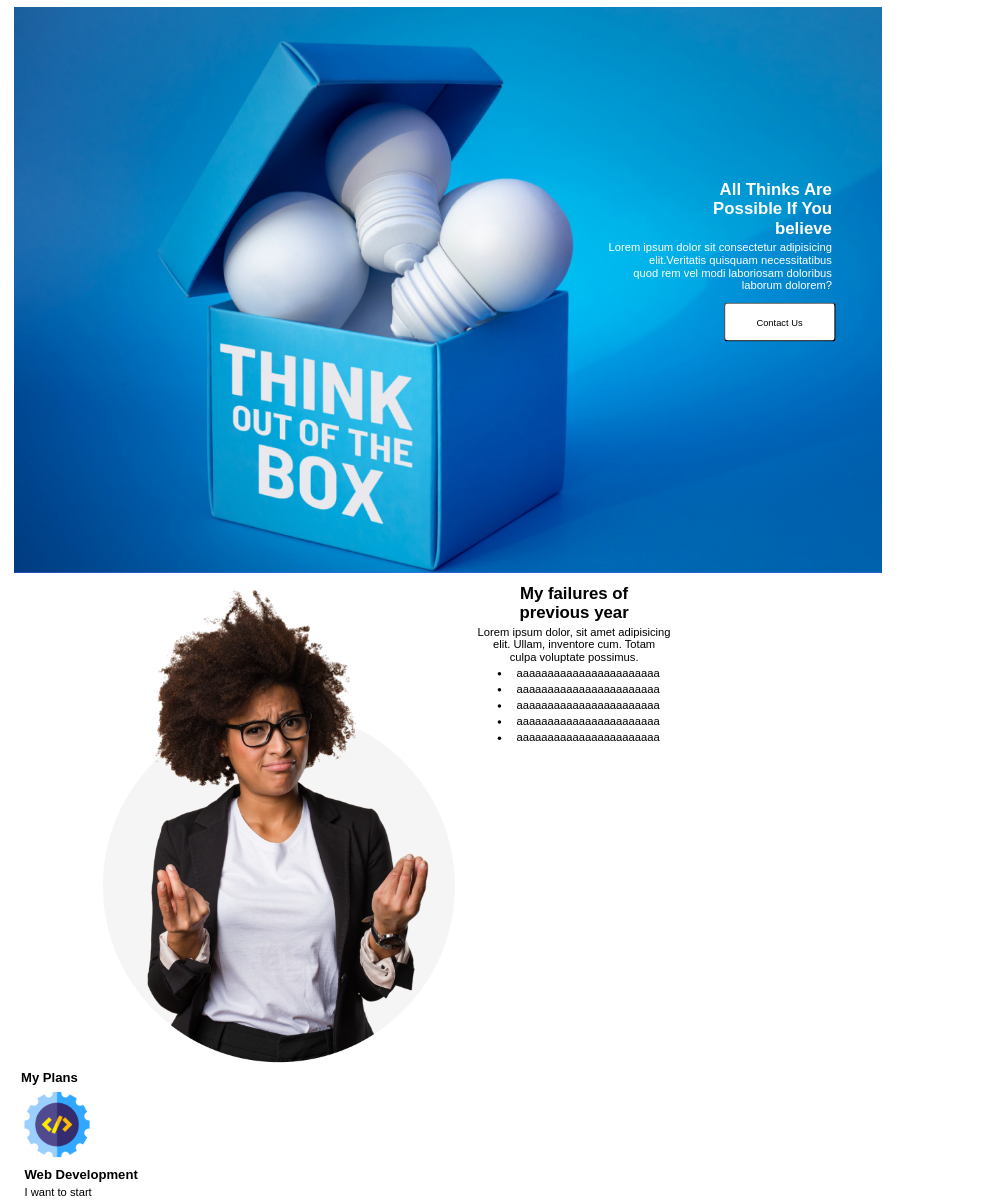
Repository: sadiaafsana138/All-Thinks-Are-Possible-Website
Page: index.html
The author's editor kept a copy of each file at every save. The page is drawn from the files as they stood at one save, then again after the next save.
The browser window is 1280 px wide. The page is 1344 px wide, then 1437 px, so the pictures cover 1437 px, including what lies to the right of the window. The pictures show the part of the page from y = 0 to 1720 px (the page is 3446 px tall), at 70% of full size.

Above is the page before, as saved 2023-01-08 10:37:20.

### index.html
<!DOCTYPE html>
<html lang="en">

<head>
    <meta charset="UTF-8">
    <meta http-equiv="X-UA-Compatible" content="IE=edge">
    <meta name="viewport" content="width=device-width, initial-scale=1.0">
    <title>First Website</title>
    <link rel="stylesheet" href="styles/web.css">
</head>

<body>
    <!-- header -->
    <header>
        <section class="section1">
            <div>
                <h1 id="head-text1">
                    All Thinks Are<br>Possible If You<br>believe
                </h1>
                <p id="head-text2" >Lorem ipsum dolor sit consectetur adipisicing<br>elit.Veritatis quisquam necessitatibus <br>quod rem vel modi laboriosam doloribus<br>laborum dolorem?
                </p>
                <button id="button1">
                    Contact Us
                </button>
            </div>
        </section>
    </header>
    <main>
        <!--second section-->
        <section class="section2">
            <div id="sec2details">
                <img src="images/person.png" alt="person">
                <div id="sec2text">
                    <h2>
                        My failures of <br>
                        previous year
                    </h2>
                    <p>
                        Lorem ipsum dolor, sit amet adipisicing <br>
                        elit. Ullam, inventore cum. Totam <br>
                        culpa voluptate possimus.
                    </p>
                    <ul>
                        <li>aaaaaaaaaaaaaaaaaaaaaaa</li>
                        <li>aaaaaaaaaaaaaaaaaaaaaaa</li>
                        <li>aaaaaaaaaaaaaaaaaaaaaaa</li>
                        <li>aaaaaaaaaaaaaaaaaaaaaaa</li>
                        <li>aaaaaaaaaaaaaaaaaaaaaaa</li>
                    </ul>
                </div>
            </div>
        </section>

        <!--section 3-->
        <section>
            <div>
                <h3>
                    My Plans
                </h3>
                <div>
                    <img src="images/icons/web.png" alt=""><br>
                    <H3>Web Development</H3>
                    <p>I want to start</p>
                </div>
                <div>
                    <img src="images/icons/js.png" alt=""><br>
                    <H3>Javascript</H3>
                    <p>I want to learn</p>
                </div>
                <div>
                    <img src="images/icons/smoke.png" alt=""><br>
                    <H3>smoking habit</H3>
                    <p>I want to end</p>
                </div>
                <div>
                    <img src="images/icons/ecom.png" alt=""><br>
                    <H3>E-commerce</H3>
                    <p>I want to develop</p>
                </div>
            </div>
            <div>
                <img src="images/watch.png" alt="">
                <img src="images/gradient1.png" alt="">
                <div>
                    <h3>Always Keep positive Mindset</h3><br>
                    <button>Call now</button>
                </div>
            </div>
        </section>

    </main>
    <footer>
        <Section>
            <div>
                <h2>Future</h2><br>
                <p>Lorem ipsum dolor sit amet consectetur adipisicing elit. Totam ullam accusamus sequi dolor dolores,
                    suscipit dignissimos aut doloribus officiis explicabo distinctio dolore, quo perspiciatis odio magni
                    at tempore neque reiciendis.
                </p><br>
                <p>Email: XXXXXX@gmail.com</p><br>
                <P>phone-no: 01516656595</P><br>
                <ul>
                    <li><img src="images/icons/fb.png" alt=""></li>
                    <li><img src="images/icons/youtube.png" alt=""></li>
                    <li><img src="images/icons/twitter.png" alt=""></li>
                </ul>
            </div>
            <div>
                <h3>subscribe</h3><br>
                <input type="email" plavceholder="Enter Your Email"><br>
                <button>subscribe here</button>
            </div>
        </Section>
    </footer>
</body>

</html>

### styles/web.css
*{
margin: 5px 5px ;
font-family: Arial, Helvetica, sans-serif;
}
.section1{
    background-image:url(../images/banner/banner3.png);
    height: 808px;
    width:cover;
    background-repeat: no-repeat;
    background-color: blue;

}
#head-text1{
    color: white;
    padding-left: 50% ;
    padding-right:5%;
    padding-top: 20%;
    text-align: right;
    Font-style: Bold;
}
#head-text2{
    color: white;
    padding-left: 50% ;
    padding-right:5%;
    text-align: right;
}
#button1{
    margin-top: 10px;
    width: 160px;
    height: 56px;
    left: 640px;
    top: 438px;
    text-align: center;
    align-items: right;
    background: white;
    border-radius: 5px;
    margin-right: 150px;
    margin-left: 82%;
    align-content: right;
}
#sec2details{
    display: flex;
    width: 1000px;
    height: 700px;
    margin-left: 100px;
    margin-right: 100px;
}
#sec2text{
        text-align: center;
        margin-left: 50A%;

}

After the next save:
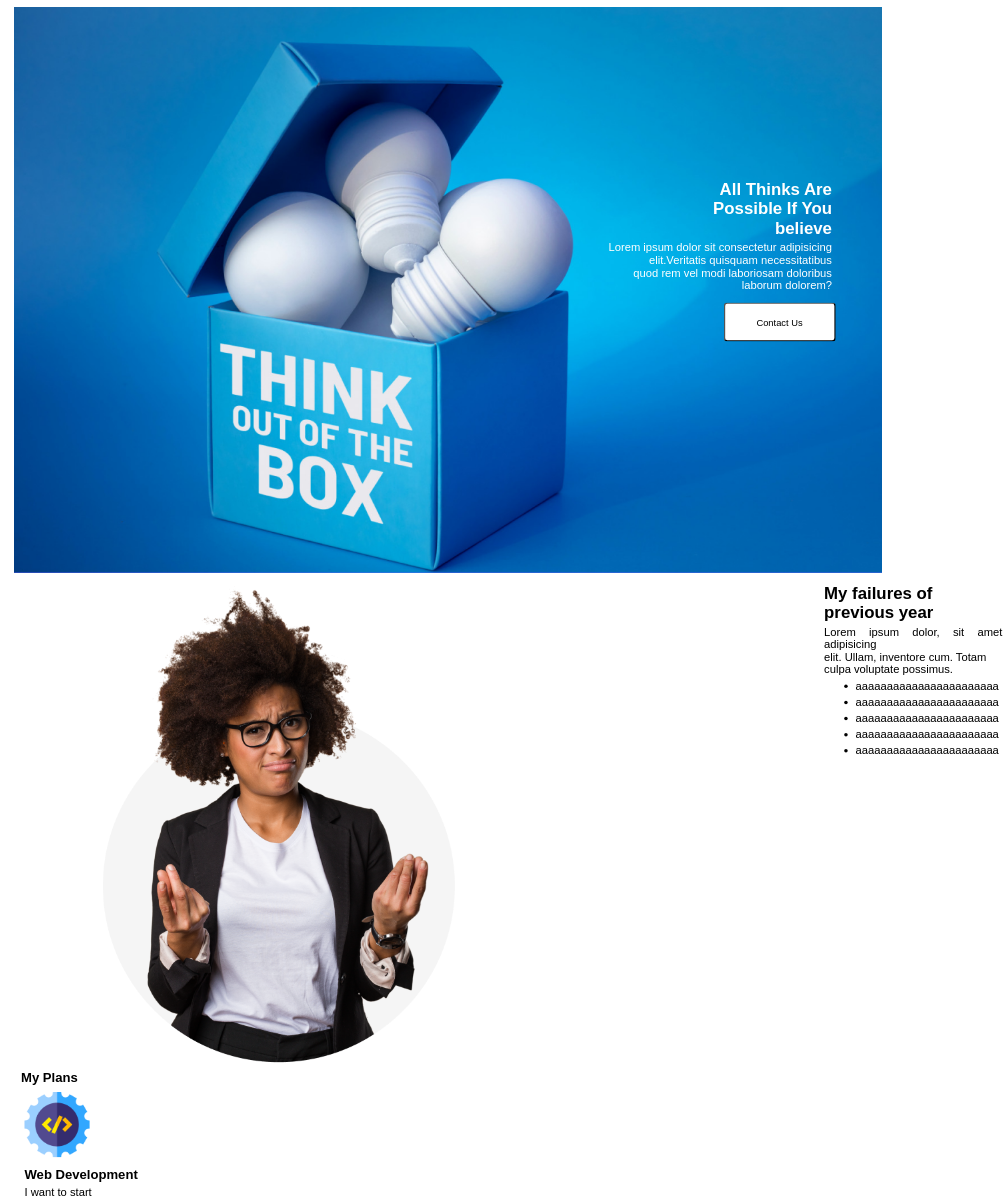
Saved 41 s later.
--- a/styles/web.css
+++ b/styles/web.css
@@ -46,7 +46,7 @@ font-family: Arial, Helvetica, sans-serif;
     margin-right: 100px;
 }
 #sec2text{
-        text-align: center;
-        margin-left: 50A%;
+        text-align: justify;
+        margin-left: 50%;
 
 }
